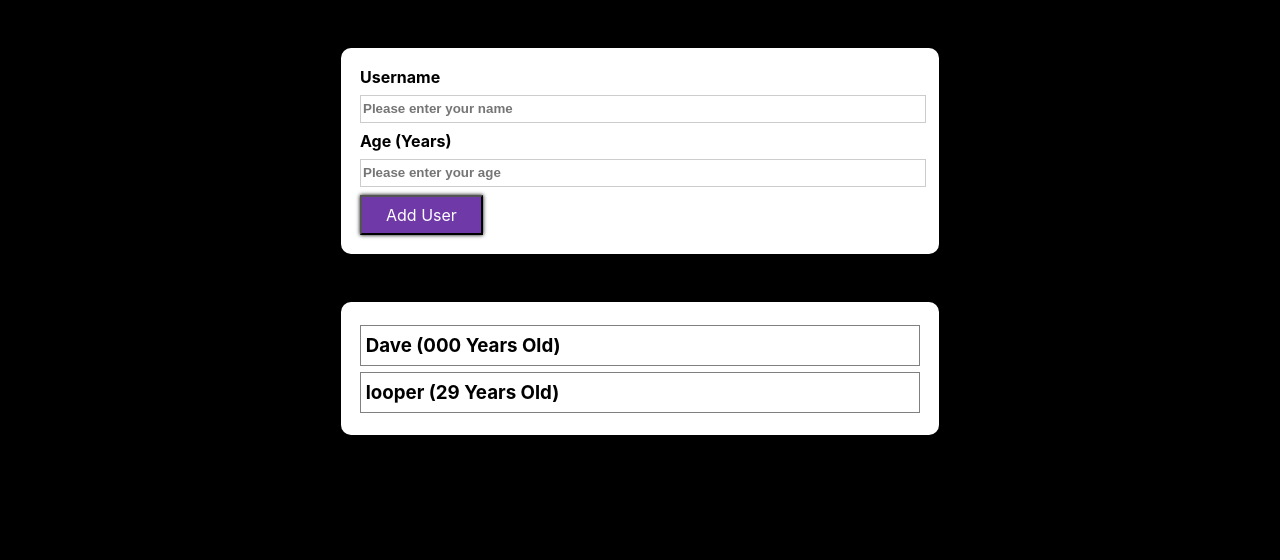
Repository: NamalPathirana/section-eight
Page: /
These files come from the project's save history. The page is drawn as it stood at one moment and after the next save; the edit follows.
The browser window is 1280 px wide. The pictures show the whole page.
The project was rebuilt for these pictures with package versions that can differ from the ones it lists, and the page was loaded fresh each time.

Above is the page before, as saved 2021-11-26 12:52:10.

### src/index.css
body {
  margin: 0;
  padding: 0%;
  height: 100%;
  width: 100%;
  display: flex;
  flex-direction: column;
  background-color: black;
  font-family: -apple-system, BlinkMacSystemFont, 'Segoe UI', 'Roboto', 'Oxygen',
    'Ubuntu', 'Cantarell', 'Fira Sans', 'Droid Sans', 'Helvetica Neue',
    sans-serif;
  -webkit-font-smoothing: antialiased;
  -moz-osx-font-smoothing: grayscale;
}

code {
  font-family: source-code-pro, Menlo, Monaco, Consolas, 'Courier New',
    monospace;
}

### src/App.js
import "./App.css";
import UserInput from "./Components/UserInput/UserInput";
import UserList from "./Components/UserList/UserList";

function App() {
  const userList = [
    { key:0,name: "Dave", age: "000" },
    { key:1,name: "looper", age: "29" },
  ];

  const UserEntryCallbackHandler = (props) => {
    userList.push(props);
    console.log(userList);
  }

  return (
    <div className="App">
      <section>
        <UserInput onUserEntry={UserEntryCallbackHandler}></UserInput>
      </section>
      <section>
        <UserList items={userList}></UserList>
      </section>
    </div>
  );
}

export default App;

### src/App.css
.App {


}

### src/Components/UserInput/UserInput.js
import Button from '../../UI/Button/Button';
import styles from './UserInput.module.css';
import {useState} from 'react';

const UserInput = (props) => {

    const userEntry={key:0,name:'lol',age:'25'};

    const [username,SetUserName] = useState('');
    const [age,SetAge] = useState('');

    const NameInputHandler = (props) => {
        SetUserName(props.target.value);
        // console.log('[UserInput.js / userName : ]'+username)
    }

    const AgeInputHandler = (props) => {
        SetAge(props.target.value);
        // console.log('[UserInput.js / userName : ]'+age);
    }

    const [isValid,SetIsValid] = useState(true);

    const FormSubmitHandler = (event) => {
        event.preventDefault();

        if(username.length===0){
            SetIsValid(false);
            return;
        }

        userEntry.key=Math.random();
        userEntry.name=username;
        userEntry.age=age;

        props.onUserEntry(userEntry);
    }

    return (
        <form onSubmit={FormSubmitHandler}>
        <div className={styles.frame}>
            <label className={!isValid?styles.inValid:''}>Username</label>
            <input placeholder='Please enter your name' type="text" onChange={NameInputHandler} className={!isValid?styles.inValid:''}/>
            <label>Age (Years)</label>
            <input placeholder='Please enter your age' type="number" max='120' maxLength='2' min='12' onChange={AgeInputHandler}/>
            <Button name='Add User' type="submit"></Button>
        </div>
        </form>
    );
};

export default UserInput;

### src/Components/UserList/UserList.js
import styles from './UserList.module.css';
import UserListItem from '../UserListItem/UserListItem'


const UserList = (props) => {

    const listUserItems = props.items.map(row=>{
        return  <UserListItem key={Math.random()} name={row.name} age={row.age}/>;
    });

    return(
        <div className={styles.frame}>
           {listUserItems}
        </div>
    );
}

export default UserList;

### src/UI/Button/Button.js
import styles from "./Button.module.css";

const Button = (props) => {
  return <button className={styles.button} type={props.type}>{props.name}</button>;
};

export default Button;

### src/Components/UserInput/UserInput.module.css
.frame{
    margin: 0.5rem 0.5rem;
    padding: 1.2rem 1.2rem;
    width: 35rem;
    max-width: 90%;
    margin: 3rem auto;
    background-color: white;
    border-radius: 10px;
}

.inValid label{
    color: red;
    background-color: rgb(233, 161, 161);
}

.frame .inValid input{
   background-color: rgb(233, 161, 161);
   border-color: red;
}

.frame input{
    display: block;
    font-weight: bold;
    border: 1px solid #ccc;
    line-height: 1.5rem;
    padding: 100 0.25rm;
    width: 100%;
    margin-bottom: 0.5rem;
}

.frame input:hover{
    border: 1px solid rgb(49, 45, 45);
}

.frame label{
    display: block;
    align-content: flex-start;
    font-weight: bold;
    margin-bottom: 0.5rem;
}

### src/Components/UserList/UserList.module.css
.frame{
    margin: 0.5rem 0.5rem;
    padding: 1.2rem 1.2rem;
    width: 35rem;
    max-width: 90%;
    margin: 3rem auto;
    background-color: white;
    border-radius: 10px;
    display: flex;
    flex-direction: column;
}

### src/Components/UserListItem/UserListItem.js
import styles from './UserListItem.module.css';


const UserListItem = (props) => {

    return(
        <div className={styles.list_item}>
            <h3>{props.name} ({props.age} Years Old)</h3>
        </div>
    );
}

export default UserListItem;

### src/UI/Button/Button.module.css
.button{
    font: inherit;
    padding: 0.5rem 1.5rem;
    background-color: rgb(112, 57, 168);
    color:white;
    box-shadow: 0 0 4px black;
    cursor: pointer;
    width: auto;
}

.button:focus{
    outline: none;
}

.button:hover,.button:active{
    background-color: rgb(185, 140, 231);
    border-color: rgb(185, 140, 231);
    box-shadow: 0 0 8px black;
}

### src/Components/UserListItem/UserListItem.module.css
.list_item{
    border: 1px solid gray;
    display: block;
    padding: 0.5rem 0.3rem;
    margin: 3px 0px;

}

.list_item:hover{
    background-color: antiquewhite;
}

.list_item:active{
    background-color: rgb(251, 199, 199);
}


.list_item h3{
    margin: 0px;
}

Loaded but not shown: public/index.html (common file); src/index.js (common file); src/reportWebVitals.js (common file)

After the next save:
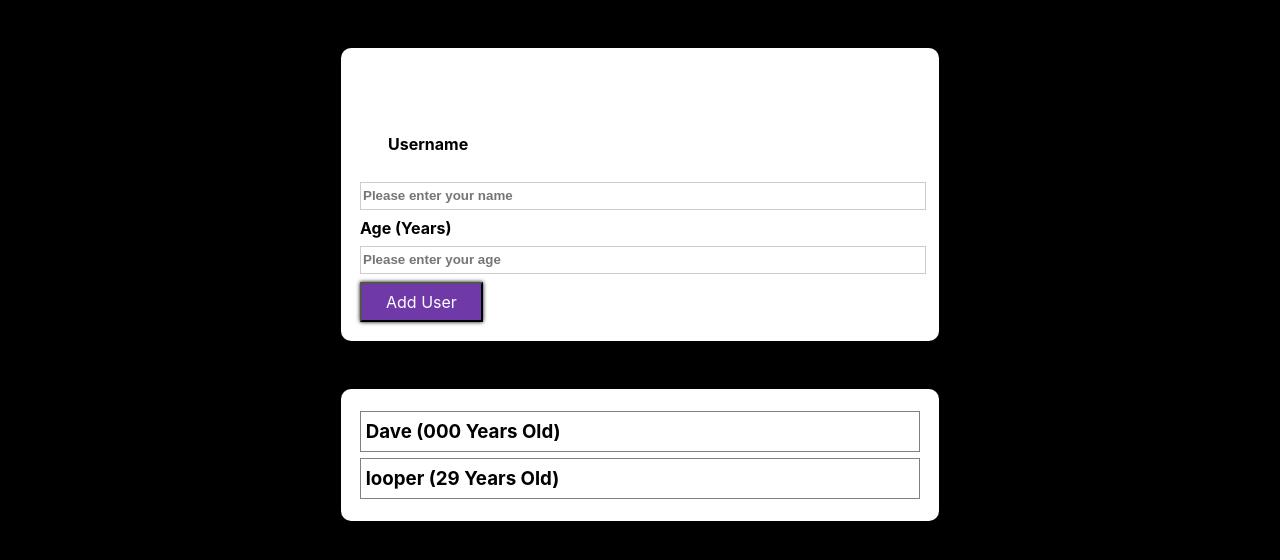
Saved 2 min 36 s later.
--- a/src/Components/UserInput/UserInput.js
+++ b/src/Components/UserInput/UserInput.js
@@ -39,7 +39,7 @@
     return (
         <form onSubmit={FormSubmitHandler}>
         <div className={styles.frame}>
-            <label className={!isValid?styles.inValid:''}>Username</label>
+            <label className={`${styles.frame} ${!isValid?styles.inValid:''}`}>Username</label>
             <input placeholder='Please enter your name' type="text" onChange={NameInputHandler} className={!isValid?styles.inValid:''}/>
             <label>Age (Years)</label>
             <input placeholder='Please enter your age' type="number" max='120' maxLength='2' min='12' onChange={AgeInputHandler}/>

After the 2 saves that followed:
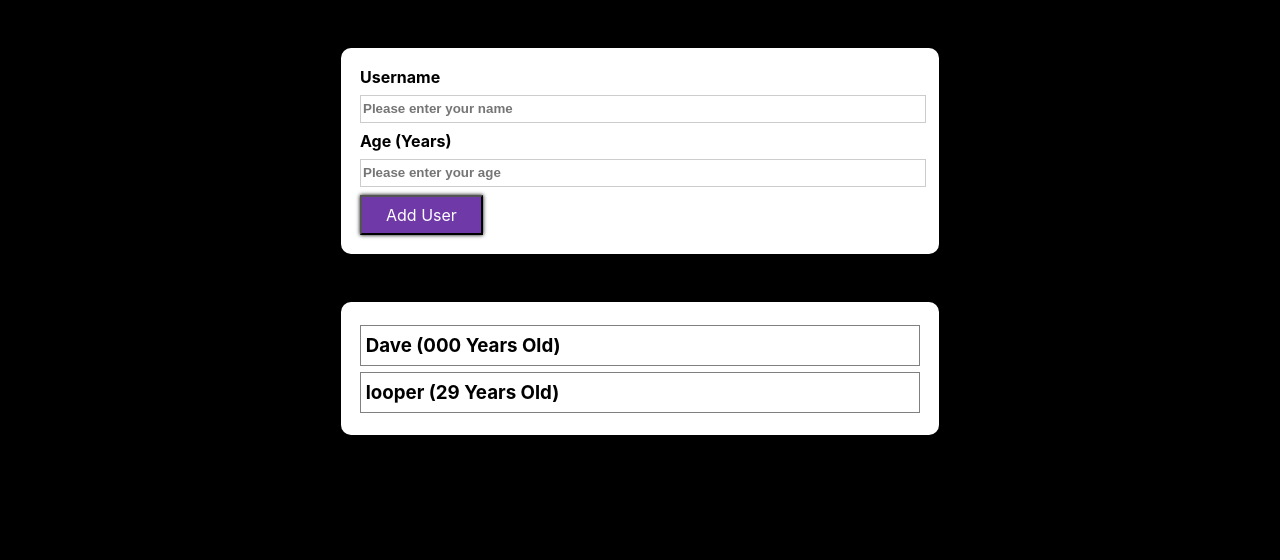
The 2 saves are shown as one change because 1 left the picture as it was.
The last was saved 50 s later.
--- a/src/Components/UserInput/UserInput.js
+++ b/src/Components/UserInput/UserInput.js
@@ -39,7 +39,7 @@
     return (
         <form onSubmit={FormSubmitHandler}>
         <div className={styles.frame}>
-            <label className={`${styles.frame} ${!isValid?styles.inValid:''}`}>Username</label>
+            <label className={`${!isValid?styles.inValid:''}`}>Username</label>
             <input placeholder='Please enter your name' type="text" onChange={NameInputHandler} className={!isValid?styles.inValid:''}/>
             <label>Age (Years)</label>
             <input placeholder='Please enter your age' type="number" max='120' maxLength='2' min='12' onChange={AgeInputHandler}/>
--- a/src/Components/UserInput/UserInput.module.css
+++ b/src/Components/UserInput/UserInput.module.css
@@ -8,7 +8,7 @@
     border-radius: 10px;
 }
 
-.inValid label{
+.frame .inValid label{
     color: red;
     background-color: rgb(233, 161, 161);
 }
